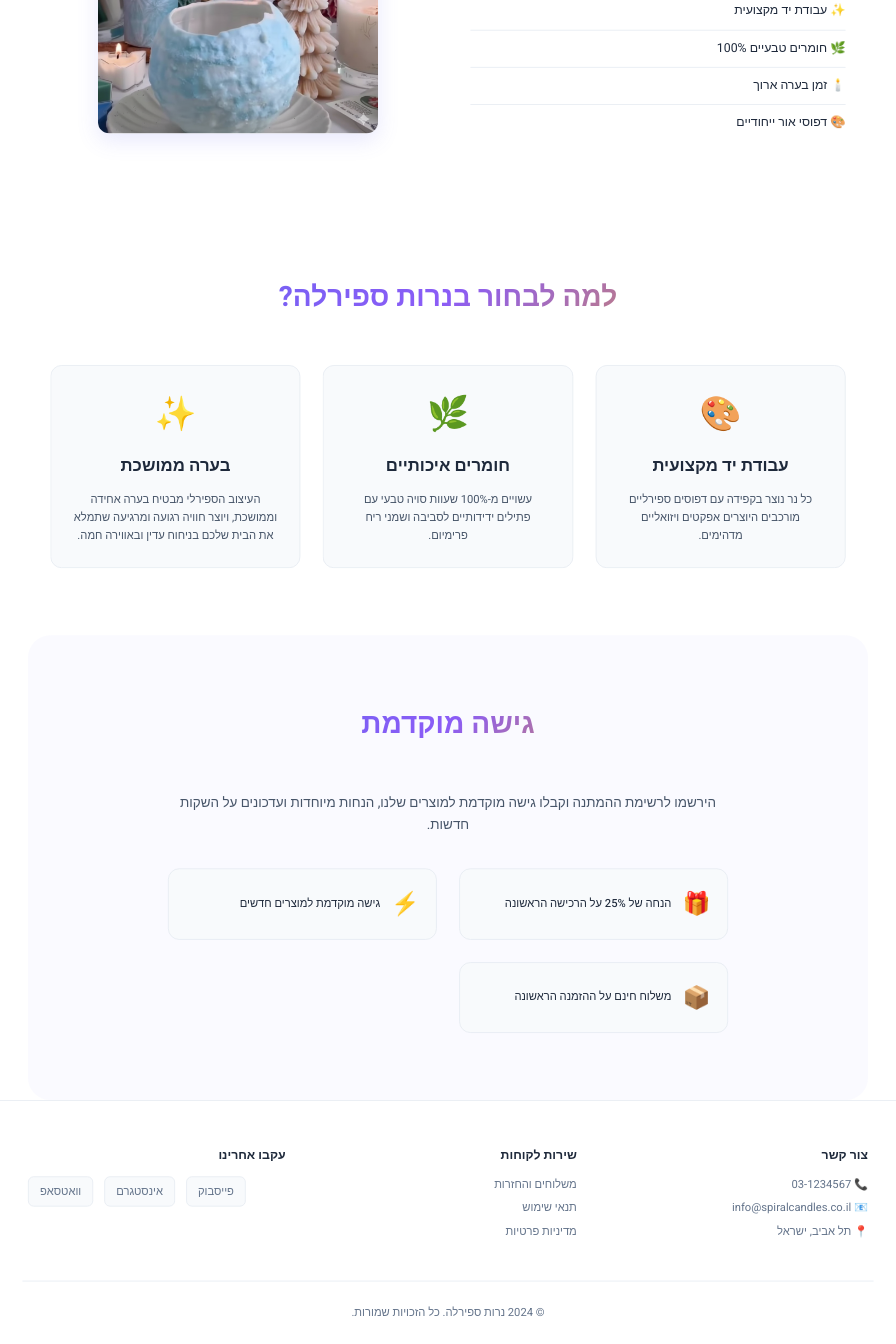
Repository: AvitaRoi/spiralcandles
Page: index.html
An editor plug-in stored every save of this project. The page is shown before and after the next save, followed by the edit.
The browser window is 1280 px wide. The pictures show the part of the page from y = 1141 to 3061 px (the page is 3061 px tall before and 3028 px after), at 70% of full size.

Above is the page before, as saved 2025-09-21 22:36:20.

After the next save:
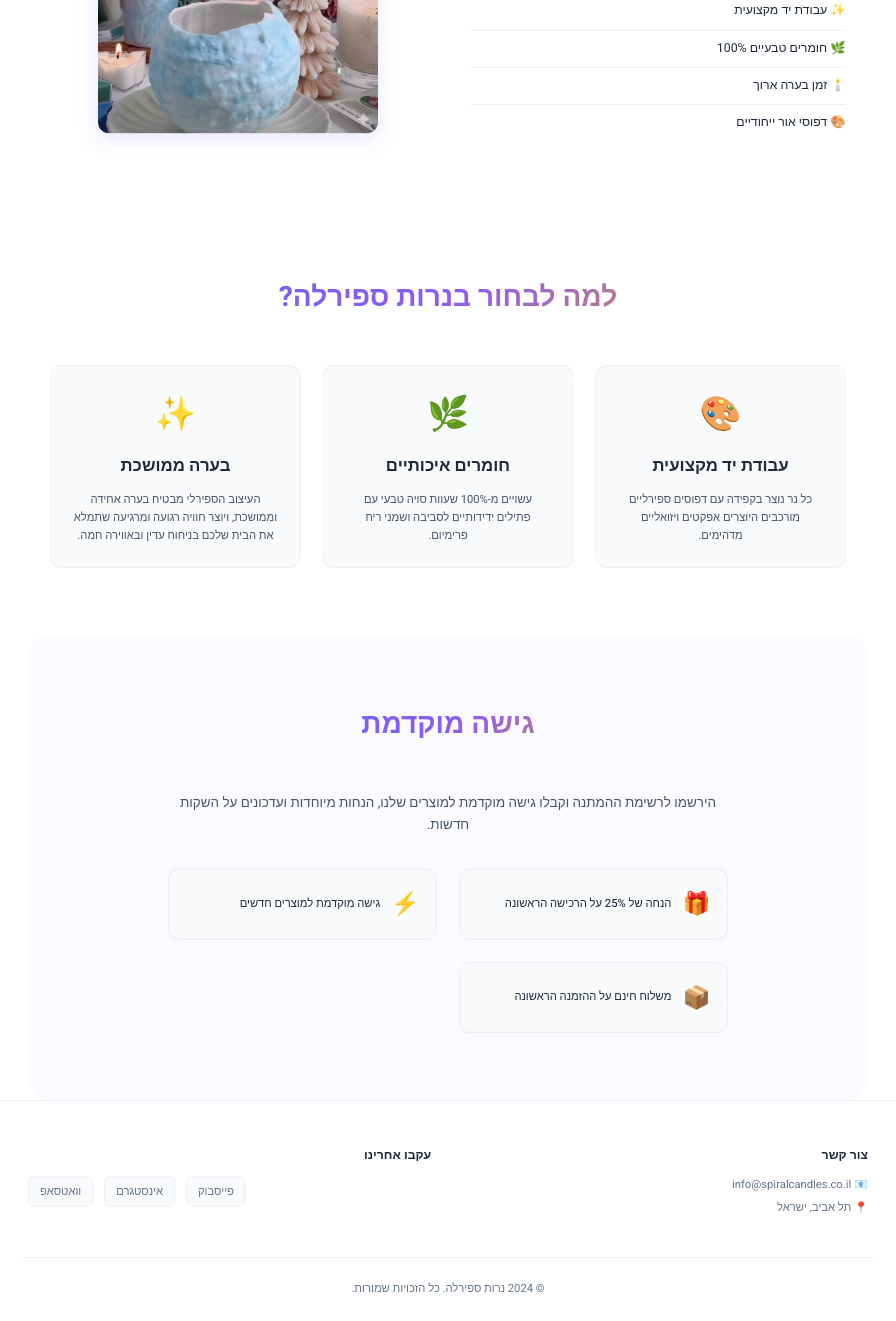
Saved 28 min 59 s later.
--- a/index.html
+++ b/index.html
@@ -157,16 +157,16 @@
             <div class="footer-content">
                 <div class="footer-section">
                     <h4>צור קשר</h4>
-                    <p>📞 03-1234567</p>
+
                     <p>📧 info@spiralcandles.co.il</p>
                     <p>📍 תל אביב, ישראל</p>
                 </div>
-                <div class="footer-section">
+                <!-- <div class="footer-section">
                     <h4>שירות לקוחות</h4>
                     <a href="#">משלוחים והחזרות</a>
                     <a href="#">תנאי שימוש</a>
                     <a href="#">מדיניות פרטיות</a>
-                </div>
+                </div> -->
                 <div class="footer-section">
                     <h4>עקבו אחרינו</h4>
                     <div class="social-links">
